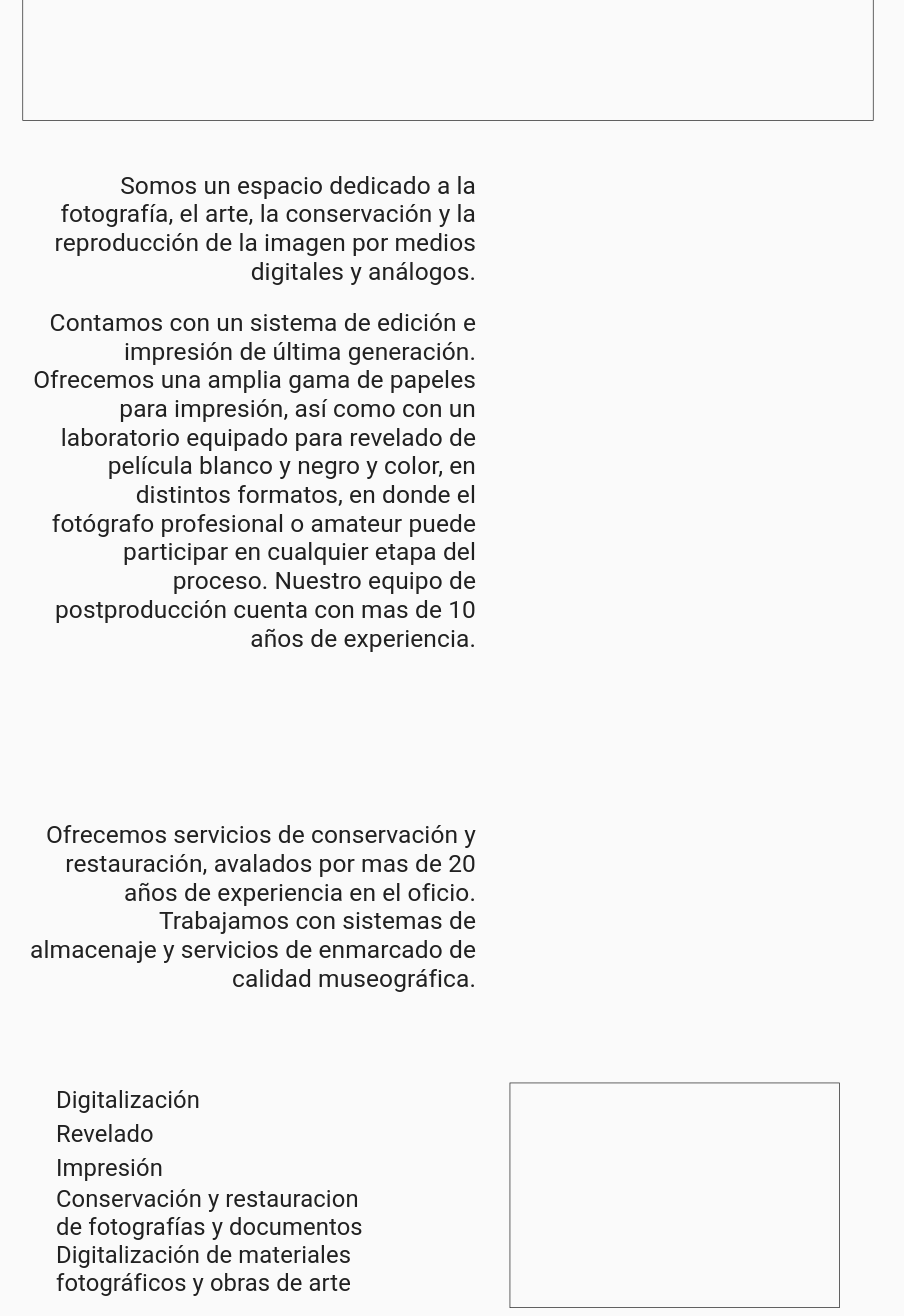
Repository: BrendaCarranco/eme-lab
Page: /
The author's editor kept a copy of each file at every save. The page is drawn from the files as they stood at one save, then again after a run of saves.
The browser window is 1280 px wide. The page is 1292 px wide, so the pictures cover 1292 px, including what lies to the right of the window. The pictures show the part of the page from y = 681 to 2561 px (the page is 6907 px tall before and 7045 px after), at 70% of full size.
Some web libraries are served in a nearby version. The project was rebuilt for these pictures with package versions that can differ from the ones it lists, and the page was loaded fresh each time. Also part of the build but not shown: src/components/buildingPage/Building.js, src/components/login/Reset.js, src/components/Dashboard/Title.js, src/components/Dashboard/Cotizacion.js, src/components/Dashboard/Historial.js, src/components/Dashboard/Membresias.js, src/components/Cotizacion/PaperForm.js, src/components/Cotizacion/SizeForm.js and 9 more. Imported but missing from the stored project, and not drawn on this page: src/components/admin/Prices.

Above is the page before, as saved 2020-09-02 16:16:29.

After the next 2 saves:
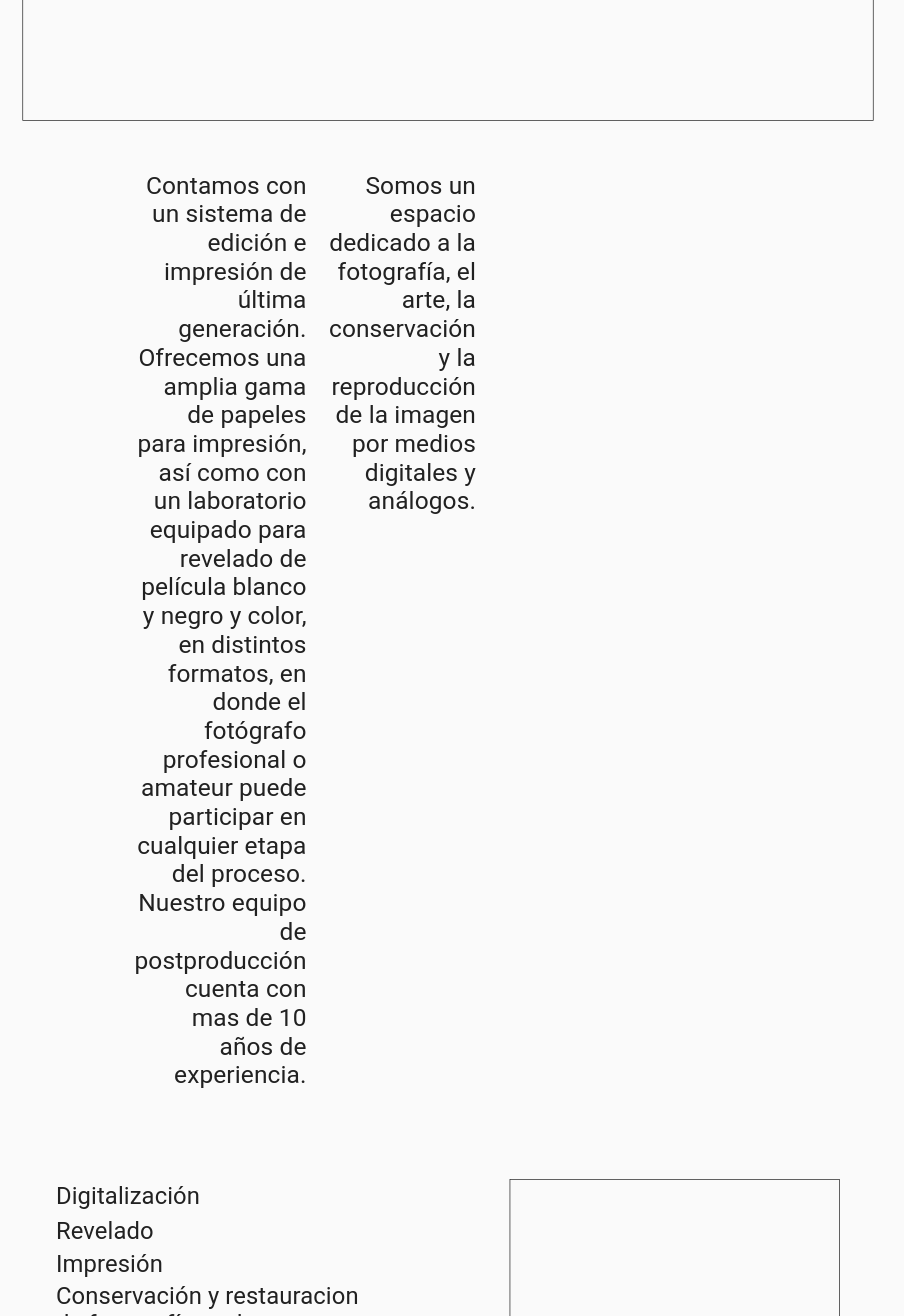
The 2 saves are shown as one change because 1 did not build or start.
The last was saved 52 s later.
--- a/src/components/buildingPage/Landing.js
+++ b/src/components/buildingPage/Landing.js
@@ -136,6 +136,8 @@ export default function Landing() {
                     la conservación y la reproducción de la imagen por
                     medios digitales y análogos.
                     </Box>
+                    </Typography>
+
                     <Box p={2}></Box>
                     <Box fontSize={35} lineHeight="normal" textAlign="right">
                     Contamos con un sistema de edición e impresión
@@ -158,7 +160,7 @@ export default function Landing() {
                     Trabajamos con sistemas de almacenaje y servicios
                     de enmarcado de calidad museográfica.
                     </Box>
-              </Typography>
+
               </Box>
 
               </Grid>
